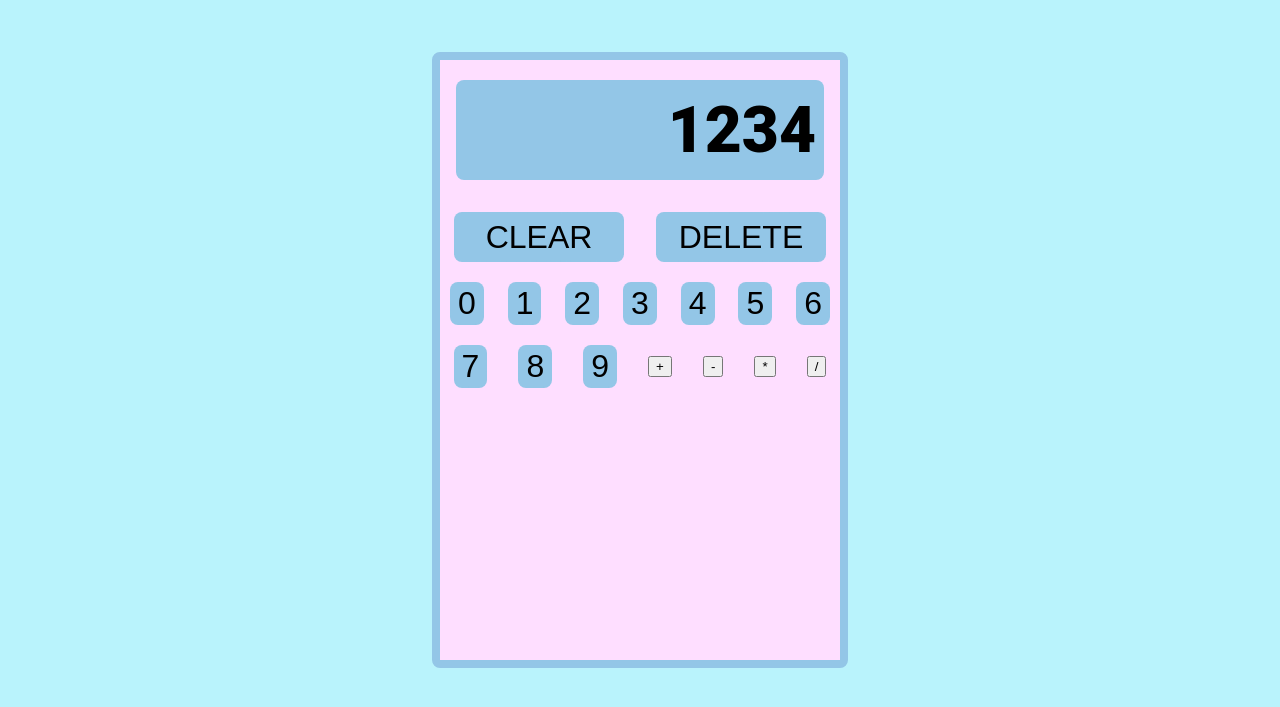
Repository: yeetzpxoci/calculator
Page: index.html
An editor plug-in stored every save of this project. The page is shown before and after the next save, followed by the edit.
The browser window is 1280 px wide. The pictures show the whole page.

Above is the page before, as saved 2023-02-04 17:00:05.

### index.html
<!doctype html>
<html lang="en">

<head>
    <meta charset="utf-8">
    <title>Sketch</title>
    <meta name="paint" content="paintings">
    <link rel="stylesheet" href="style.css">
</head>

<body>
    <div class="calculator-container">
        <div class="display">
            1234
        </div>
        <div class="button-container">
            <button class="clear-button">CLEAR</button>
            <button class="delete-button">DELETE</button>
            <button class="number-button">0</button>
            <button class="number-button">1</button>
            <button class="number-button">2</button>
            <button class="number-button">3</button>
            <button class="number-button">4</button>
            <button class="number-button">5</button>
            <button class="number-button">6</button>
            <button class="number-button">7</button>
            <button class="number-button">8</button>
            <button class="number-button">9</button>
            <button class="operator-button">+</button>
            <button class="operator-button">-</button>
            <button class="operator-button">*</button>
            <button class="operator-button">/</button>
        </div>
    </div>
</body>

<script src="script.js"></script>

</html>

### style.css
html, body {
    background-color: #B9F3FC;
    display: flex;
    min-height: 100%;
    justify-content: center;
    align-items: center;
}

.calculator-container {
    background-color: #FEDEFF;
    height: 600px;
    width: 400px;
    border-radius: 8px;
    border-width: 8px;
    border-style: solid;
    border-color: #93C6E7;
    display: flex;
    flex-direction: column;
    flex-wrap: wrap;
    justify-content: flex-start;
    align-items: center;
    gap: 24px;
}

.display {
    background-color: #93C6E7;
    height: 100px;
    width: 360px;
    border-radius: 8px;
    display: flex;
    justify-content: flex-end;
    align-items: center;
    font-size: 64px;
    font-family: Roboto;
    font-weight: 900;
    padding-right: 8px;
    margin-top: 20px;
}

.button-container {
    display: flex;
    flex-wrap: wrap;
    align-items: center;
    justify-content: space-around;
    gap: 20px;
    margin: 8px;
}

.clear-button, .delete-button {
    font-size: 32px;
    height: 50px;
    width: 170px;
    border-style: dashed;
    border-radius: 8px;
    border-color: #93C6E7;
    background-color: #93C6E7;
}

.number-button {
    font-size: 32px;
    border-style: dashed;
    border-radius: 8px;
    border-color: #93C6E7;
    background-color: #93C6E7;
}

### script.js
function add(a, b) {
    return a + b
}

function subtract(a, b) {
    return a - b
}

function multiply(a, b) {
    return a * b
}

function divide(a, b) {
    return a / b
}

function operate(operator, a, b) {
    switch (operator) {
        case '+': result = add(a, b); break;
        case '-': result = subtract(a, b); break;
        case '*': result = multiply(a, b); break;
        case '/': result = divide(a, b); break;
    }
    return result;
}

console.log(operate("/", 2, 3))

After the next save:
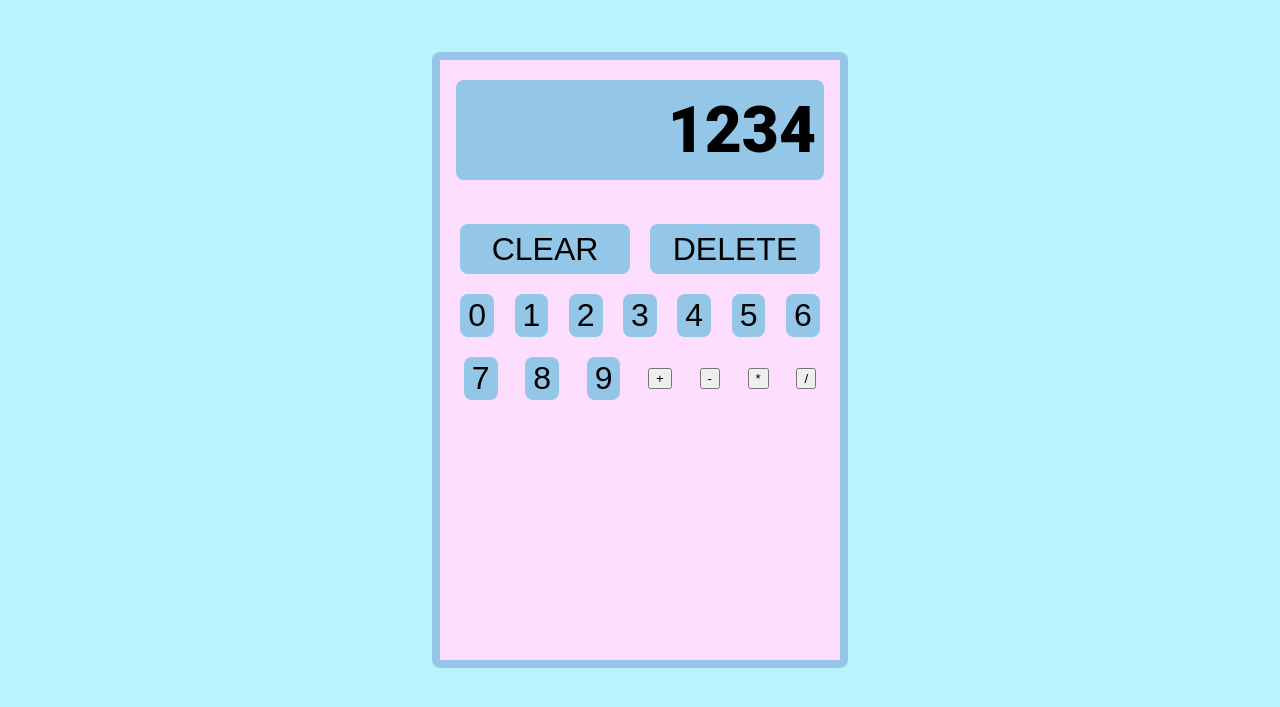
Saved 24 s later.
--- a/style.css
+++ b/style.css
@@ -43,7 +43,7 @@ html, body {
     align-items: center;
     justify-content: space-around;
     gap: 20px;
-    margin: 8px;
+    margin: 20px;
 }
 
 .clear-button, .delete-button {
